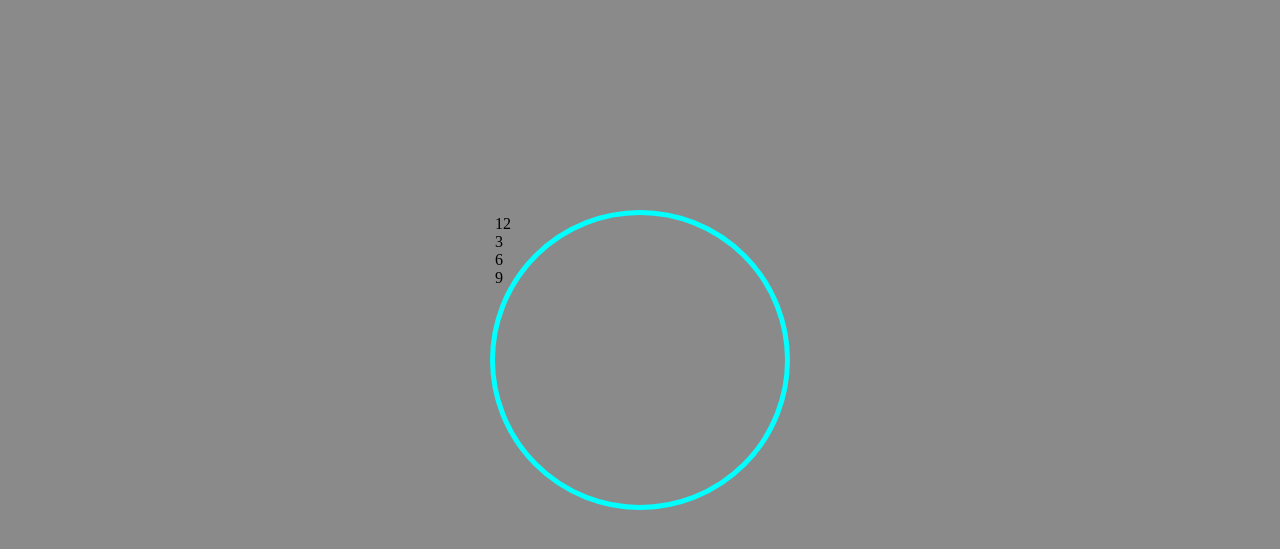
Repository: ChenWarren/web-clock
Page: index.html
These files come from the project's save history. The page is drawn as it stood at one moment and after a run of saves; the edit follows.
The browser window is 1280 px wide. The pictures show the whole page.

Above is the page before, as saved 2021-03-18 20:46:17.

### index.html
<!DOCTYPE html>
<html lang="en">
<head>
    <meta charset="UTF-8">
    <meta http-equiv="X-UA-Compatible" content="IE=edge">
    <meta name="viewport" content="width=device-width, initial-scale=1.0">
    <link rel="stylesheet" href="main.css">
    <title>Clock</title>
</head>
<body>
    <main class="clock">
        <div class="hour"></div>
        <div class="minute"></div>
        <div class="second"></div>

        <div class="number">
            <div class="num_1">12</div>
        </div>
        <div class="number">
            <div class="num_3">3</div>
        </div>
        <div class="number">
            <div class="num_1">6</div>
        </div>
        <div class="number">
            <div class="num_1">9</div>
        </div>

        <div class="dot"></div>
        <div class="dot"></div>
        <div class="dot"></div>
        <div class="dot"></div>
        <div class="dot"></div>
        <div class="dot"></div>
        <div class="dot"></div>
        <div class="dot"></div>
    </main>

    <script src="clock.js"></script>

</body>
</html>

### main.css
* {
    margin: 0;
    padding: 0;
    box-sizing: border-box;
}

body {
    background-color: rgb(138, 138, 138);
    display: flex;
    justify-content: center;
    align-items: center;
    width: 100vw;
    height: 100vh;
    overflow: hidden;
}

.clock {
    width: 300px;
    height: 300px;
    rgba(255, 255, 255, 0.85);
    border-radius: 50%;
    border: cyan solid 5px;
}

Loaded but not shown: clock.js (no copy from this time; the picture is the same without it)

After the next 3 saves:
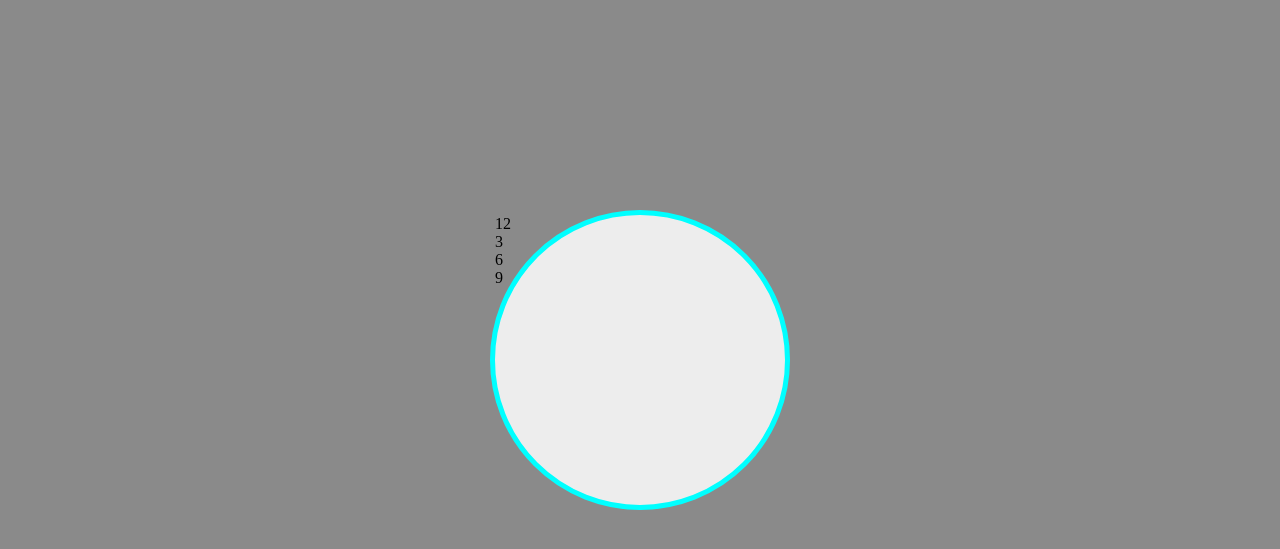
The 3 saves are shown as one change because they came seconds apart.
The last was saved 10 s later.
--- a/main.css
+++ b/main.css
@@ -17,7 +17,7 @@ body {
 .clock {
     width: 300px;
     height: 300px;
-    rgba(255, 255, 255, 0.85);
+    background-color: rgba(255, 255, 255, 0.85);
     border-radius: 50%;
     border: cyan solid 5px;
 }
